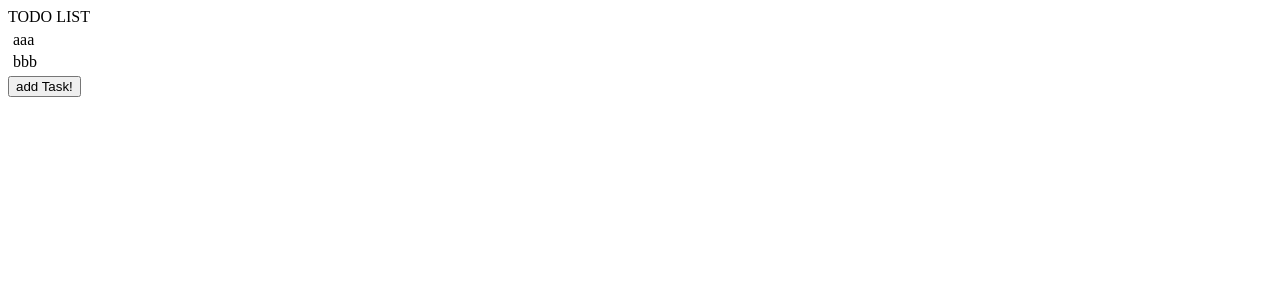
Repository: WistreHosshii/hacathon_todolList
Page: /
These files come from the project's save history. The page is drawn as it stood at one moment and after the next save; the edit follows.
The browser window is 1280 px wide. The pictures show the whole page.
The project was rebuilt for these pictures with package versions that can differ from the ones it lists, and the page was loaded fresh each time.

Above is the page before, as saved 2019-06-09 15:00:33.

### index.html
<!DOCTYPE html>
<html lang="ja">

<head>
    <meta charset="UTF-8">
    <meta name="viewport" content="width=device-width, initial-scale=1.0">
    <meta http-equiv="X-UA-Compatible" content="ie=edge">
    <title>Document</title>
</head>

<body>
    <div id="root"></div>
    <script src="./index.tsx"></script>
</body>

</html>

### App.tsx
import React, { Component } from 'react';

interface Props {}
interface State {
  todos: Todo[];
}

export default class App extends Component<Props, State> {
  constructor(props: any) {
    super(props);
    this.state = { todos: [{ id: '', content: 'aaa', createdAt: '' }, { id: '', content: 'bbb', createdAt: '' }] };
  }

  render() {
    return (
      <div>
        <div className="todoList">
          <div className="title">TODO LIST</div>
          <div className="contents">
            <table>
              {/* <tr>
                <th>完了</th>
                <th>未完了</th>
              </tr> */}
              <tr>
                {this.state.todos.map(todo => {
                  return (
                    <tr>
                      <td>{todo.content}</td>
                    </tr>
                  );
                })}
              </tr>
            </table>
          </div>
          <div className="btn-wrapper">
            <button
              className="btn"
              onClick={() => {
                this.addTaskHandler();
              }}
            >
              add Task!
            </button>
          </div>
        </div>
      </div>
    );
  }
  addTaskHandler() {
    this.state.todos.push({ id: '', content });
  }
}

Loaded but not shown: index.tsx (common file)

After the next save:
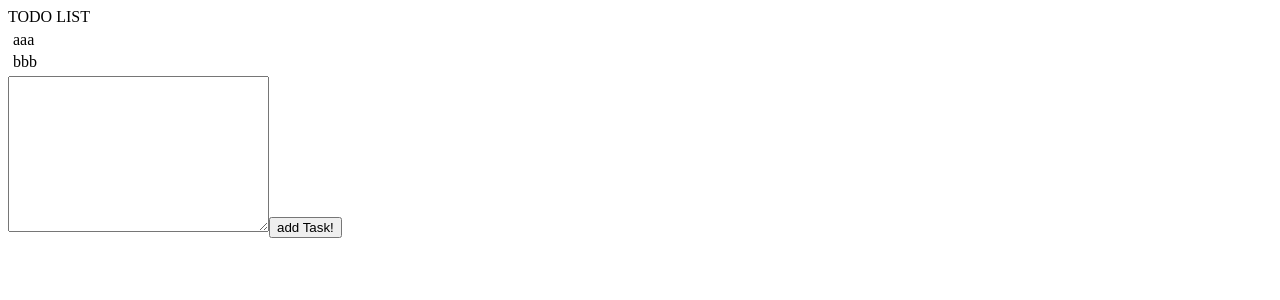
Saved 77 s later.
--- a/App.tsx
+++ b/App.tsx
@@ -33,7 +33,8 @@ export default class App extends Component<Props, State> {
               </tr>
             </table>
           </div>
-          <div className="btn-wrapper">
+          <div className="computeTaskWrapper">
+            <textarea name="" id="" cols="30" rows="10" />
             <button
               className="btn"
               onClick={() => {
